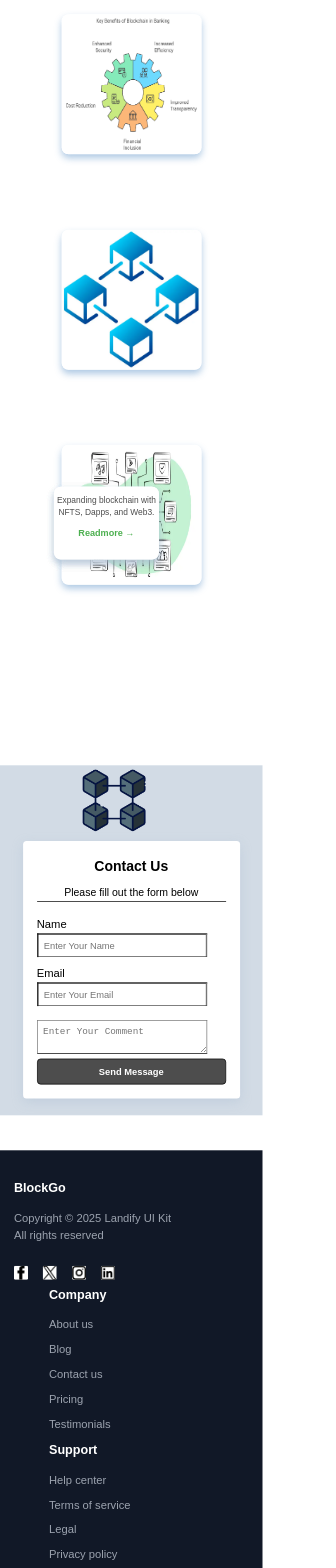
Repository: Tafsirul555/Assignment
Page: Assignment/index.html
An editor plug-in stored every save of this project. The page is shown before and after a run of saves, followed by the edit.
The browser window is 375 px wide. The page is 480 px wide, so the pictures cover 480 px, including what lies to the right of the window. The pictures show the part of the page from y = 2946 to 5186 px (the page is 5350 px tall before and 5110 px after), at 70% of full size.

Above is the page before, as saved 2025-06-12 23:13:53.

### Assignment/index.html
<!DOCTYPE html>
<html lang="en">
<head>
    <meta charset="UTF-8">
    <meta name="viewport" content="width=device-width, initial-scale=1.0">
    <link rel="stylesheet" href="Assignment1.css">
    <title>Document</title>
</head>
<body>
    <nav class="navbar">

        <div class="logo">
            <h1>BlockGo</h1>
        </div>

        <div class="nav-link">

                    <a href="#">Home</a>
                    <a href="#">Blog</a>
                    <a href="#">Contact</a>
                    <a href="#">About</a>
        </div>
        <div class="Data">
            <a href="#" class="SignUp">Sign Up</a>
            <p>&nbsp;or&nbsp;</p>
            <a href="#" class="Login">Login</a>
        </div>
    </nav>

    <header class="Headerbar">

        <div class="Header-banner">
            <h1>Learn Center</h1>
            <p>Your hub for no-nonsense articles, videos, and how-to guides to help you get up to speed on all things crypto and blockchain</p>

            <a href="#" class="headerbutton">Learn More</a>
        </div>
         <div class="bannerpic">
            <img src="../Assignment/Pic/blockchain-20-8079799-6591924-removebg-preview.png" alt="Blockchain">
        </div>
    </header>

    <main class="mainbar">
        <div class="main-text">
        <h1>Our Clients</h1>
        <p>We have been working with some fortune 500+ clients</p>
        </div>

        <div class="main-pic">
            <img src="../Assignment/Pic/icon/block.png" alt="block.png">
            <img src="../Assignment/Pic/icon/blockchain.png" alt="blockchain.png">
            <img src="../Assignment/Pic/icon/crypto-wallet.png" alt="crypto-wallet.png">
            <img src="../Assignment/Pic/icon/currency-exchange (1).png" alt="currency-exchange (1).png">
            <img src="../Assignment/Pic/icon/currency-exchange.png" alt="currency-exchange.png">
            <img src="../Assignment/Pic/icon/secure.png" alt="secure.png">
        </div>
    </main>

    <section class="sectionbar">
        <div class="section-text">
        <h1>Explore the Power of <br>Blockchain in key Sectors</h1>

<p>Who can benefit from blockchain technology?</p>
</div>
    </section>

    <article class="articlebar">

        <div class="article-cc">
            <img src="../Assignment/Pic/icon/group (1).png" alt="group.png">
            <h1>Creator Communities</h1>
            <p>Support creators with NFT<br>marketplaces and direct engagement<br>with their audience.</p>
            </div>

       <div class="article-fi">
        <img src="../Assignment/Pic/icon/corporation.png" alt="corporation.png">
       <h1>Financial Institutions</h1>
       <p>Blockchain enables secure,<br>transparent, and decentralized<br>financial transactions</p>
        </div>

        <div class="article-scm">
            <img src="../Assignment/Pic/icon/procurement.png" alt="procurement.png">
            <h1>Supply Chain Management</h1>
            <p>Enhance traceability, transparency,<br>and operational efficiency across<br>global supply chains</p>
        </div>
    </article>

    <figure class="figurebar">

        <div class="figure-text">
            <h2>Helping Blockchain<br>Transform the World</h2>
            <p>We reached here with innovation and decentralization</p>
        </div>

        <div class="figure-box">

            <div class="figure-box1">

        <div class="figure-bn">
            <div class="figure-bn-img">
            <img src="../Assignment/Pic/icon/group.png" alt="">
            </div>
            <div class="figure-bn-text">
            <h2>120+</h2>
            <p>Blockchain Network</p>
            </div>
        </div>

        <div class="figure-sc">
            <div class="figure-sc-img">
            <img src="../Assignment/Pic/icon/mutual.png" alt="">
            </div>
            <div class="figure-sc-text">
            <h2>420,000+</h2>
            <p>Smart Contracts</p>
            </div>
        </div>
        </div>

        <div class="figure-box2">
        <div class="figure-tvl">
            <div class="figure-tvl-img">
            <img src="../Assignment/Pic/icon/tap.png" alt="">
            </div>
            <div class="figure-tvl-text">
            <h2>$150 Billion+</h2>
            <p>Total Value Locked</p>
            </div>
        </div>

        <div class="figure-aw">
            <div class="figure-aw-img">
            <img src="../Assignment/Pic/icon/wallet.png" alt="">
            </div>
            <div class="figure-aw-text">
            <h2>1,245,000+</h2>
            <p>Active Wallets</p>
            </div>
        </div>
        </div>
        </div>
    </figure>

    <aside class="BlockchainFuture">

        <div class="BlockchainFuture-text">
            <h2>Blockchain: The Foundation of the Future</h2>
            <p>Discover the latest blockchain trends, innovations, and use cases. Learn how <br>blockchain is reshaping industries, securing data, and powering the next <br>generation of applications.</p>
        </div>

    <div class="BlockchainFutureBox">

    <div class="BlockchainFuture-box1">
        <div class="img1">
            <img src="../Assignment/Pic/bank.png" alt="bank">
        </div>
        <div class="text1">
        <p>Transforming banking with<br>secure and decentralized<br>solutions.</p>
        <p class="readmore">Readmore →</p>
        </div>
    </div>

    <div class="BlockchainFuture-box2">
        <div class="img2">
            <img src="../Assignment/Pic/transparency.webp" alt="transparency">
        </div>
        <div class="text2">
        <p>Ensuring transparency and<br>traceability worldwide.</p>
        <p class="readmore">Readmore →</p>
        </div>
    </div>

    <div class="BlockchainFuture-box3">
        <div class="img3">
            <img src="../Assignment/Pic/Top-10-NFT-DApps-in-2023-01.webp" alt="NFT DApps">
        </div>
        <div class="text3">
        <p>Expanding blockchain with<br>NFTS, Dapps, and Web3.</p>
        <p class="readmore">Readmore →</p>
        </div>
    </div>

</div>

  </aside>

  <div class="Contact">

    <div class="Contact-Img">
        <img src="../Assignment/Pic/blockchain.png" alt="Blockchain">
    </div>

    <div class="Contact-Form">
        <form action="">
            <caption><h1>Contact Us</h1> <p>Please fill out the form below</p></caption>
        <form action="">

            <label for="name">Name</label>
            <input type="text" name="Name" id="name" placeholder="Enter Your Name" required> <br>

            <label for="email">Email</label>
            <input type="email" name="Email" id="email" placeholder="Enter Your Email" required> <br>

            <textarea name="Comment" id="comment" placeholder="Enter Your Comment"  required></textarea>

            <button type="submit">Send Message</button>
        </form>
    </div>
  </div>

  <footer class="footer">
  <div class="footer-container">
    <div class="footer-column1">
      <h4>BlockGo</h4>
      <p>Copyright &copy; 2025 Landify UI Kit <br> All rights reserved</p>
      <div class="footer-socials">
        <a href="#"><img src="../Assignment/Pic/icon/facebook.png " alt="Facebook"></a>
        <a href="#"><img src="../Assignment/Pic/icon/twitter.png" alt="Twitter"></a>
        <a href="#"><img src="../Assignment/Pic/icon/instagram.png" alt="Instagram"></a>
        <a href="#"><img src="../Assignment/Pic/icon/linkedin.png" alt="linkedin"></a>
      </div>
    </div>

    <div class="footer-column">
      <h4>Company</h4>
      <ul>
        <li><a href="#">About us</a></li>
        <li><a href="#">Blog</a></li>
        <li><a href="#">Contact us</a></li>
        <li><a href="#">Pricing</a></li>
        <li><a href="#">Testimonials</a></li>
      </ul>
    </div>

    <div class="footer-column">
      <h4>Support</h4>
      <ul>
        <li><a href="#">Help center</a></li>
        <li><a href="#">Terms of service</a></li>
        <li><a href="#">Legal</a></li>
        <li><a href="#">Privacy policy</a></li>
        <li><a href="#">Status</a></li>
      </ul>
    </div>

    <div class="footer-column">
      <h4>Stay up to date</h4>
      <form class="newsletter-form">
        <input type="email" placeholder="Your email address">
        <button type="submit">
            <img src="../Assignment/Pic/icon/direct.png" alt="Send Icon">
        </button>
      </form>
    </div>
  </div>
</footer>

</body>
</html>

### Assignment/Assignment1.css
*{
    margin: 0;
    padding: 0;
    box-sizing: border-box;
    text-decoration: none;
}

body{
    font-family: Arial, sans-serif;
    line-height: 1.6;
    height: 100%;
    background: rgba(255, 255, 255, 1);
}

.navbar{
    width: 100%;
    height: 9vh;
    color: #f5f5ff 0%;
    box-shadow: 0px 2.78px 5.57px 0px rgba(171, 190, 209, 0.4);
    position: fixed;
    display: flex;
    justify-content: center;
    align-items: center;
}

.navbar div,
.navbar a,
.navbar h1,
.navbar p{
    display: inline-block;
}

.navbar .nav-link a{
    color: rgba(77, 77, 77, 1);
}


.navbar div,
.navbar a,
.navbar p{
    font-size: 2vh;
}

.navbar .logo,
.navbar .nav-link{
    margin-right: 290px;
}

.navbar .logo,
.navbar .nav-link,
.navbar .data,
.navbar p{
    padding: 10px;
    text-align: center;
}

.navbar .nav-link a{
    padding-right: 3vw;
}

.SignUp,
.Login{
    background-color: rgba(203, 213, 225, 1);
    width: 9vw;
    height: 7vh;
    padding: 10px;
    border-radius: 5px;
    text-align: center;
    font-weight: bold;
    color: black;
}

.Headerbar{
    width: 100%;
    height: 400px;
    background-color: rgba(245, 247, 250, 1);
    display: flex;
    justify-content: center;
    align-items: center;
    padding: 20px;
    gap: 27vw;
    flex-wrap: wrap;
}

.Header-banner{
    display: flex;
    flex-direction: column;
    align-content: center;
    max-width: 400px;
}

.bannerpic{
    width: 150px;
    height: auto;
    object-fit: contain;
    margin-top: 70px;
    margin-right: 20px;
}

.Headerbar p,
.Headerbar h1,
.Headerbar a,
.Headerbar img,
.Header-banner,
.bannerpic{
    background-color: rgba(245, 247, 250, 1);
}

.Headerbar h1{
    margin-top: 80px;
}

.Headerbar p,
.Headerbar h1,
.Headerbar a{
    padding-bottom: 20px;
}

.Header-banner h1{
    font-weight:bold;
    font-size: 44.55px;
    line-height: 52.9px;
    letter-spacing: 0%;
    color: rgba(77, 77, 77, 1);
}

.Header-banner p{
    max-width: 100%;
    word-wrap: break-word;
    color: rgba(77, 77, 77, 1);
    text-align: left;
}

.Header-banner .headerbutton{
    background-color: rgba(203, 213, 225, 1);
    width: 103px;
    height: 50px;
    padding: 10px;
    border-radius: 5px;
}

.Header-banner a{
    color: rgba(2, 6, 23, 1);
    font-family:'Times New Roman', Times, serif;
}

@media (max-width: 550px) {
  .Headerbar {
    flex-direction: column;
    justify-content: flex-start;
    align-items: center;
    height: auto;
  }

  .Header-banner{
    align-items: center;
    text-align: center;
    order: 1;
  }

  .bannerpic {
    width: 200px;
    margin-bottom: 20px;

  }
}

.mainbar{
    width: 100%;
    height: 500px;
    display: flex;
    text-align: center;
    flex-direction: column;
}

.mainbar img{
    display: inline-block;
    width: 27.8427791595459px;
    height: auto;
    margin-left: 120px;

}

.mainbar h1{
    margin-top: 120px;
    color: rgba(77, 77, 77, 1);
}

.mainbar p{
    color: rgba(77, 77, 77, 1);
}

.mainbar p,
.mainbar img{
    margin-top: 30px;
}

@media (max-width: 550px) {
  .mainbar {
    flex-direction: column;
    justify-content: flex-start;
    align-items: center;
    height: auto;
  }

  .main-pic {
    display: inline-block;
    width: 400px;

  }
}

section{
    margin-top: -72px;
}

section h1,
section p{
    text-align: center;
    max-width: 100%;
    word-wrap: break-word;
    color: rgba(77, 77, 77, 1);
}

section p{
    font-size: smaller;
}

@media (max-width: 550px) {
  .sectionbar {
    text-align: center;
    height: auto;
    margin-top: 50px;
  }
}


.articlebar{
    width: 100%;
    height: 200px;
    display: flex;
    justify-content: space-between;
    align-items: center;
    text-align: center;
    flex-wrap: wrap;
    display: inline-block;
    margin-top: 100px;
    color: rgba(77, 77, 77, 1);
}

article img{
    width: 50px;
    height: auto;
}

.articlebar p{
    font-size: small;
}

.articlebar .article-cc,
.articlebar .article-fi,
.articlebar .article-scm{
    display: inline-block;
}

.articlebar .article-fi{
    margin-left: 75px;
    margin-right: 75px;
}

.figurebar{
    width: 100%;
    height: 250px;
    color: rgba(77, 77, 77, 1);
    background-color: rgba(245, 247, 250, 1);
    display: flex;
    justify-content: center;
    align-items: center;
    flex-wrap: wrap;
}

.figurebar .figure-text,
.figurebar .figure-bn,
.figurebar .figure-sc,
.figurebar .figure-tvl,
.figurebar .figure-aw,
.figurebar .figure-box,
.figurebar div,
.figurebar h2,
.figurebar p,
.figurebar img{
    background-color: rgba(245, 247, 250, 1);
}

.figurebar .figure-box img {
    width: 50px;
}

.figure-bn .figure-bn-img,
.figure-bn .figure-bn-text{
    display: inline-block;
}

.figure-sc .figure-sc-img,
.figure-sc .figure-sc-text{
    display: inline-block;
}
.figure-tvl .figure-tvl-img,
.figure-tvl .figure-tvl-text{
    display: inline-block;
}

.figure-aw .figure-aw-img,
.figure-aw .figure-aw-text{
    display: inline-block;
}

.figure-box1 .figure-bn,
.figure-box1 .figure-sc{
    display: inline-block;
}
.figure-box2 .figure-tvl,
.figure-box2 .figure-aw{
    display: inline-block;
}

.figurebar .figure-text{
    margin-right: 150px;
}

.figurebar .figure-bn,
.figure-box .figure-tvl{
    padding-right: 6vw;
}

.figurebar .figure-box1{
    margin-bottom: 2vw;
}

.figurebar img{
    margin-right: 10px;
}

@media (max-width: 550px) {
  .figurebar {
    flex-direction: column;
    display: flex;
    align-items: center;
    justify-content: center;
    align-items: center;
    height: auto;
  }

  .figure-text,
  .figure-box{
    margin-left: 80px;
    margin-top: 50px;
  }

  .figure-text {
    text-align: center;
  }

  .figure-box {
    display: flex;
    justify-content: center;
    display: inline-block;
    width: 400px;

  }

  .figurebar .figure-text,
.figurebar .figure-bn,
.figurebar .figure-sc,
.figurebar .figure-tvl,
.figurebar .figure-aw,
.figurebar .figure-box,
.figurebar div,
.figurebar h2,
.figurebar p,
.figurebar img{
    background-color: rgba(245, 247, 250, 1);
}
}

.BlockchainFuture {
    width: 100%;
    height: auto;
    color: rgba(77, 77, 77, 1);
    padding: 50px 0;
    position: relative;
}

.BlockchainFuture-text {
    margin-bottom: 50px;
    text-align: center;
}

.BlockchainFuture .BlockchainFuture-text p{
    font-size: 12px;
    line-height: 1.5;
}

.BlockchainFutureBox {
    display: flex;
    justify-content: center;
    flex-wrap: wrap;
}

.BlockchainFuture-box1,
.BlockchainFuture-box2,
.BlockchainFuture-box3 {
    width: 300px;
    text-align: center;
    max-width: 400px;

}

.BlockchainFutureBox img {
    width: 200px;
    height: 200px;
    box-shadow: 0px 5.57px 11.14px 0px rgba(51, 118, 186, 0.4);
    border-radius: 10px;
}

.BlockchainFutureBox p {
    font-size: 14px;
    margin: 10px 0;
}

.BlockchainFuture-box1 .text1,
.BlockchainFuture-box2 .text2,
.BlockchainFuture-box3 .text3{
    width: 150px;
    box-shadow: 0px 5.57px 11.14px 0px rgba(171, 190, 209, 0.4);
    border-radius: 10px;
    margin-left: 77px;
    position: absolute;
    background-color: white;
    top: 76%;
    max-width: 200px;
}

.BlockchainFuture-box1 .text1 p,
.BlockchainFuture-box2 .text2 p,
.BlockchainFuture-box3 .text3 p{
    font-size: 12px;
    line-height: 1.5;
    display: block;
}

.BlockchainFuture-box1 .text1 .readmore,
.BlockchainFuture-box2 .text2 .readmore,
.BlockchainFuture-box3 .text3 .readmore{
    font-weight: bold;
    font-size: 13px;
    color: rgba(76, 175, 79, 1);

}

.BlockchainFuture-box2 .text2 ,
.BlockchainFuture-box3 .text3{
    height: 103.5px;
}

.BlockchainFuture-box1 .img1,
.BlockchainFuture-box2 .img2,
.BlockchainFuture-box3 .img3{
    pointer-events: none;
    display: block;
}

.BlockchainFutureBox .BlockchainFuture-box1 :hover{
    background-color: rgba(204, 193, 193, 0.98);
}

.BlockchainFutureBox .BlockchainFuture-box2 :hover{
    background-color: rgba(204, 193, 193, 0.98);
}

.BlockchainFutureBox .BlockchainFuture-box3 :hover{
    background-color: rgba(204, 193, 193, 0.98);
}

.BlockchainFuture-box1,
.BlockchainFuture-box2,
.BlockchainFuture-box3{
    flex: 1;
}

@media (max-width: 480px) {

    .BlockchainFuture-box {
        flex-direction: column;
        justify-content: flex-start;
        align-items: center;
        height: auto;
    }

    .BlockchainFuture-box1,
    .BlockchainFuture-box2,
    .BlockchainFuture-box3 {
        width: 100%;
        margin-bottom: 100px;
        text-align: center;
        align-items: center;
    }

    .BlockchainFuture-box2 {
        order: 1;
    }

    .BlockchainFuture-box3 {
        order: 2;
    }

    /* Remove flex properties from inner non-flex items if unnecessary */
    .BlockchainFuture-box2 .text2,
    .BlockchainFuture-box3 .text3 {
        text-align: center;
    }
}


.Contact{
    width: 100%;
    height: 450px;
    display: flex;
    justify-content: space-between;
    align-items: center;
    background-color: rgba(203, 213, 225, 0.85);
    margin-top: 100px;
}

.Contact img{
    width: 250px;
    height: auto;
    margin-left: 200px;
}

.Contact-Form{
    background-color: white;
    box-shadow: 0 5px 15px rgba(171, 190, 209, 0.4);
    color: black;
    width: 310px;
    height: 90%;
    padding: 20px;
    border-radius: 5px;
    position: relative;
    margin-right: 200px;
}

.Contact h1,p{
    text-align: center;
    margin-bottom: 10px;
}

.Contact input,
.Contact textarea{
    margin-bottom: 6px;
    padding: 3px;
    border-bottom: 1px solid black;
}

.Contact p{
    border-bottom: 1px solid black;
    margin-bottom: 20px;
}

.Contact button{
    padding: 10px;
    /* background-color: rgba(205, 25, 25, 0.765); */
    margin-top: 8px;
    border-radius: 5px;
    border: 1px solid black;
    width: 100%;
    text-align: center;
    display: block;
    margin: 20px auto 0;
    background-color: rgba(77, 77, 77, 1);
    color: white;
    font-weight: bold;
    cursor: pointer;
}

.Contact button:hover{
    /* background-color: rgb(104, 4, 4); */
    color: black;
    border: none;
    background-color: rgba(164, 153, 153, 0.929);
}

.Contact input[type="text"],
.Contact input[type="email"],
.Contact textarea[name="Comment"]{
    width: 100%;
    padding: 8px;
    margin-bottom: 10px;
}

.Contact textarea[name="Comment"]{
    margin-top: 10px;
}

@media (max-width: 450px) {

    .Contact {
        flex-direction: column;
        width: 100%;
        height: 500px;
    }

    .Contact-Img{
    width: 150px;
    height: auto;
}

 .Contact-Img img{
    width: 100px;
    height: auto;
    margin-left: 0px;
}

.Contact-Form{
    background-color: white;
    box-shadow: 0 5px 15px rgba(171, 190, 209, 0.4);
    color: black;
    width: 310px;
    height: 80%;
    padding: 20px;
    border-radius: 5px;
    position: relative;
    margin-left: 200px;
    margin-bottom: 10000px;
}

.Contact h1{
    text-align: center;
    margin-bottom: 10px;
    font-size: 20px;
}

.Contact p{
    text-align: center;
    font-size: 15px;
    border-bottom: 1px solid black;
}


.Contact input,
.Contact textarea{
    margin-bottom: 6px;
    padding: 3px;
    border-bottom: 1px solid black;
}

.Contact button{
    padding: 10px;
    /* background-color: rgba(205, 25, 25, 0.765); */
    border-radius: 5px;
    border: 1px solid black;
    width: 100%;
    text-align: center;
    display: block;
    background-color: rgba(77, 77, 77, 1);
    color: white;
    font-weight: bold;
    cursor: pointer;
    margin-top: -10px;
}

.Contact button:hover{
    /* background-color: rgb(104, 4, 4); */
    color: black;
    border: none;
    background-color: rgba(164, 153, 153, 0.929);
}

.Contact input[type="text"],
.Contact input[type="email"],
.Contact textarea[name="Comment"]{
    width: 90%;
    padding: 8px;
    margin-bottom: 10px;
}

.Contact textarea[name="Comment"]{
    margin-top: 10px;
}
    }


.footer {
    background-color: #111827;
    color: white;
    padding: 40px 20px;
}

.footer-container {
    max-width: 1200px;
    margin: auto;
    display: flex;
    flex-wrap: wrap;
    justify-content: space-between;
}

.footer-column {
    margin-left: 50px;
}

.footer-column1 h4 {
    font-size: 18px;
    margin-bottom: 15px;
    color: #ffffff;
}
.footer-column1 img {
    background-color: white;
    border-radius: 2px;
    margin-top: 20px;
}
.footer-column1 p {
    text-align: left;
}

.footer-column h4,
.footer-column h3 {
    font-size: 18px;
    margin-bottom: 15px;
    color: #ffffff;
}

.footer-column ul {
    list-style: none;
    padding: 0;
}

.footer-column ul li {
    margin-bottom: 10px;
}

.footer-column ul li a {
    color: #9ca3af;
    transition: color 0.3s;
}
.footer-column1 {
    color: #9ca3af;
    transition: color 0.3s;
}

.footer-column ul li a:hover {
    color: white;
}

.footer-socials a img {
    width: 20px;
    margin-right: 17px;

}



.newsletter-form {
    display: flex;
}

.newsletter-form input[type="email"] {
    padding: 10px;
    border: none;
    border-radius: 4px;
}

.newsletter-form button {
    padding: 10px 15px;
    background-color: #2563eb;
    color: white;
    border: none;
    border-radius: 4px;
    font-weight: bold;
}

.newsletter-form button img{
    width: 18px;
}

.newsletter-form button:hover {
    background-color: #1d4ed8;
}

@media (max-width: 768px) {

    .footer{
        margin-top: 50px;
    }
    .footer-container {
        flex-direction: column;
        align-items: flex-start;
    }
}

After the next 2 saves:
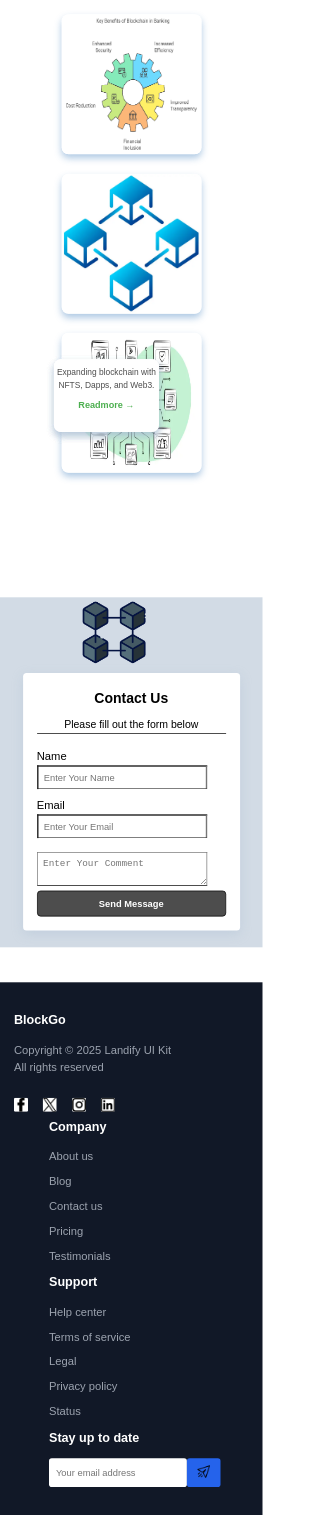
The 2 saves are shown as one change because they came seconds apart.
The last was saved 45 s later.
--- a/Assignment/Assignment1.css
+++ b/Assignment/Assignment1.css
@@ -489,11 +489,11 @@ article img{
 }
 
 @media (max-width: 480px) {
-
     .BlockchainFuture-box {
+        display: flex;
         flex-direction: column;
+        align-items: center;
         justify-content: flex-start;
-        align-items: center;
         height: auto;
     }
 
@@ -501,9 +501,9 @@ article img{
     .BlockchainFuture-box2,
     .BlockchainFuture-box3 {
         width: 100%;
-        margin-bottom: 100px;
+        margin-bottom: 20px;
         text-align: center;
-        align-items: center;
+        order: unset; /* Optional, reset any order */
     }
 
     .BlockchainFuture-box2 {
@@ -514,7 +514,6 @@ article img{
         order: 2;
     }
 
-    /* Remove flex properties from inner non-flex items if unnecessary */
     .BlockchainFuture-box2 .text2,
     .BlockchainFuture-box3 .text3 {
         text-align: center;
